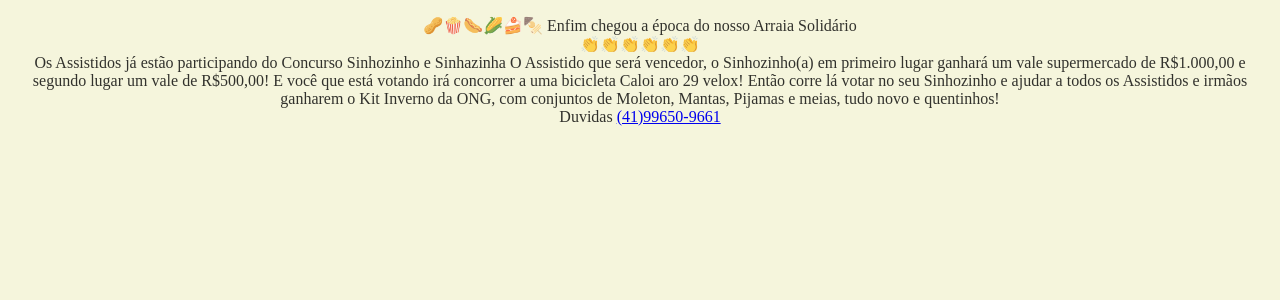
Repository: adrtrvs/qrcodeong
Page: campaignall.html
These files come from the project's save history. The page is drawn as it stood at one moment and after the next save; the edit follows.
The browser window is 1280 px wide. The pictures show the whole page.
Some web fonts or font styles are not loaded; a fallback is used.

Above is the page before, as saved 2023-05-26 11:29:08.

### campaignall.html
<!DOCTYPE html>
<html lang="pt-br">
  <head>
    <meta charset="UTF-8" />
    <meta http-equiv="X-UA-Compatible" content="IE=edge" />
    <meta name="viewport" content="width=device-width, initial-scale=1.0" />
    <link
      href="./files/logofavifinal.jpeg"
      rel="shortcut icon"
      type="image/x-icon"
    />
    <link rel="stylesheet" href="style.css" />
    <title>Campanha de inverno</title>
  </head>
  <body>
    <p class="campaigndescription">
      🥜🍿🌭🌽🍰🍢 Enfim chegou a época do nosso Arraia Solidário<br />
      👏👏👏👏👏👏 <br />Os Assistidos já estão participando do Concurso
      Sinhozinho e Sinhazinha O Assistido que será vencedor, o Sinhozinho(a) em
      primeiro lugar ganhará um vale supermercado de R$1.000,00 e segundo lugar
      um vale de R$500,00! E você que está votando irá concorrer a uma bicicleta
      Caloi aro 29 velox! Então corre lá votar no seu Sinhozinho e ajudar a
      todos os Assistidos e irmãos ganharem o Kit Inverno da ONG, com conjuntos
      de Moleton, Mantas, Pijamas e meias, tudo novo e quentinhos!<br />
      Duvidas
      <a href="tel:+5541996509661">(41)99650-9661</a>
    </p>
  </body>
</html>

### style.css
@import url('https://fonts.googleapis.com/css2?family=Courgette&display=swap');
@import url('https://fonts.googleapis.com/css2?family=Indie+Flower&display=swap');
@import url('https://fonts.googleapis.com/css2?family=Cuprum:wght@500&display=swap');
* {
  padding: 0;
  margin: 0;
}
@keyframes animate {
  0% {
    opacity: 0;
  }

  50% {
    opacity: 1;
  }

  100% {
    opacity: 0;
  }
}

body {
  background-color: #f5f5dc;
  background-repeat: no-repeat;
  background-size: cover;
  width: 100%;
}
header {
  display: flex;
  flex-direction: column;
}

header img {
  width: 100%;
}

header p {
  color: black;
  text-align: center;
  font-size: 18px;
  margin: 10px;
  font-family: 'Cuprum', sans-serif;
  align-items: center;
}

/*FONTES*/

h1,
h2,
h3 {
  color: #008cba;
  text-transform: uppercase;
  font-family: 'Cuprum', sans-serif;
}

/* MENU INDEX */

.menu h2 {
  background-color: #008cba;
  text-align: center;
  font-size: 18px;
  margin: 5px;
  padding: 5px;
  color: whitesmoke;
  font-family: 'Cuprum', sans-serif;
}

.menu h3 {
  font-size: 16px;
  margin-bottom: 5px;
  font-family: 'Cuprum', sans-serif;
}

/* LISTA INDEX */

ul li {
  display: flex;
  justify-content: space-between;
  padding: 16px;
  border-bottom: 1px solid rgba(0, 0, 0, 0.1);
}

/* PARAGRAFOS INDEX*/

.details {
  padding: 5px;
  color: #008cba;
  font-family: 'Cuprum', sans-serif;
}

/*BOTAO INDEX*/

._link {
  background-color: #008cba;
  border: none;
  padding: 13px 23px;
  border-radius: 26px;
  align-self: flex-start;
}

.submenu button a {
  text-decoration: none;
  font-size: 14px;
  color: whitesmoke;
  white-space: nowrap;
  font-family: 'Cuprum', sans-serif;
}

._link:hover {
  background-color: #cbf305;
  transition-duration: 0.4s;
}

.botaocomprov {
  background-color: #4caf50;
  border: none;
  padding: 13px 23px;
  border-radius: 26px;
}
.botaocomprov:hover {
  background-color: #cbf305;
  transition-duration: 0.4s;
}
.botaocomprov a {
  text-decoration: none;
  font-size: 14px;
  color: whitesmoke;
  white-space: nowrap;
  font-family: 'Cuprum', sans-serif;
}
/* PIX ONG  */
._pix {
  color: black;
  padding: 20px;
  text-align: center;
}
.qrcodepixong {
  display: flex;
  flex-direction: column;
  align-items: center;
  background-color: whitesmoke;
}
.qrcodepixong img {
  max-width: -webkit-fill-available;
}

/* TROCO SOLIDÁRIO */

div.trocorockn {
  display: flex;
  flex-direction: column;
  align-items: center;
  background-color: whitesmoke;
}
.trocorockn img {
  max-width: -webkit-fill-available;
}
.ultroco li {
  text-align: center;
  font-family: 'Cuprum', sans-serif;
  color: #008cba;
}

/*BOTÃO CAMPANHAS*/

.campaignbutton {
  background-color: rgba(219, 10, 10, 0.73);
  border: none;
  padding: 13px 23px;
  border-radius: 26px;
}

.campaignbutton a {
  text-decoration: none;
  text-transform: uppercase;
  font-size: 2em;
  color: #f5f5dc;
  animation: animate 2s linear infinite;
  font-family: 'Cuprum', sans-serif;
}

/* .bcampaign {
  padding: 8px 15px;
  border-radius: 26px;
  border: none;
  background-color: #008cba;
}

.bcampaign:hover {
  background-color: #cbf305;
  transition-duration: 0.4s;
} */
/* CAMPAIGN*/

/* campaignvid {
  display: flex;
  flex-direction: column;
  align-items: center;
 */

/* .buttoncampaignaj {
  padding: 8px 15px;
  border-radius: 26px;
  border: none;
  background-color: #008cba;
  margin: 20px;
}

.buttoncampaignaj a {
  text-decoration: none;
  text-transform: uppercase;
  font-size: 2em;
  color: whitesmoke;
  animation: animate 3s linear infinite;
}

.buttoncampaignaj:hover {
  background-color: #4caf50;
  transition-duration: 0.4s;
}

.titlecampaing {
  text-align: center;
  color: rgba(0, 0, 0, 0.9);
}
*/
.campaigndescription {
  font-size: 16px;
  color: rgba(0, 0, 0, 0.8);
  padding: 16px;
  text-align: center;
  justify-content: space-between;
}

After the next save:
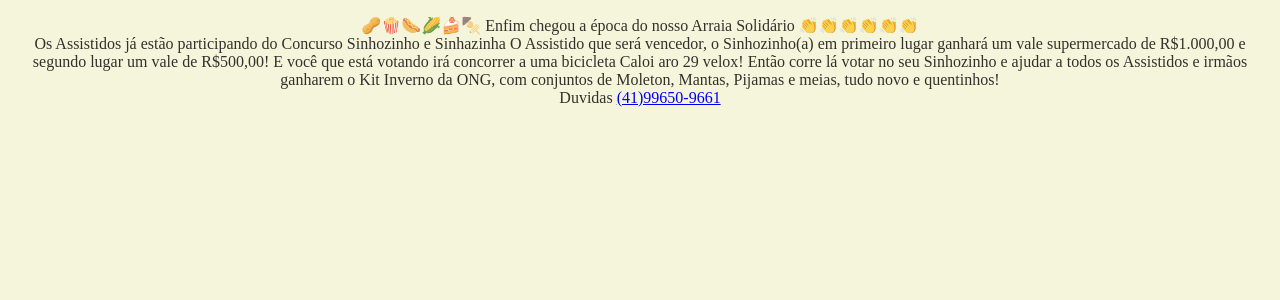
Saved 9 s later.
--- a/campaignall.html
+++ b/campaignall.html
@@ -14,14 +14,14 @@
   </head>
   <body>
     <p class="campaigndescription">
-      🥜🍿🌭🌽🍰🍢 Enfim chegou a época do nosso Arraia Solidário<br />
-      👏👏👏👏👏👏 <br />Os Assistidos já estão participando do Concurso
-      Sinhozinho e Sinhazinha O Assistido que será vencedor, o Sinhozinho(a) em
-      primeiro lugar ganhará um vale supermercado de R$1.000,00 e segundo lugar
-      um vale de R$500,00! E você que está votando irá concorrer a uma bicicleta
-      Caloi aro 29 velox! Então corre lá votar no seu Sinhozinho e ajudar a
-      todos os Assistidos e irmãos ganharem o Kit Inverno da ONG, com conjuntos
-      de Moleton, Mantas, Pijamas e meias, tudo novo e quentinhos!<br />
+      🥜🍿🌭🌽🍰🍢 Enfim chegou a época do nosso Arraia Solidário 👏👏👏👏👏👏
+      <br />Os Assistidos já estão participando do Concurso Sinhozinho e
+      Sinhazinha O Assistido que será vencedor, o Sinhozinho(a) em primeiro
+      lugar ganhará um vale supermercado de R$1.000,00 e segundo lugar um vale
+      de R$500,00! E você que está votando irá concorrer a uma bicicleta Caloi
+      aro 29 velox! Então corre lá votar no seu Sinhozinho e ajudar a todos os
+      Assistidos e irmãos ganharem o Kit Inverno da ONG, com conjuntos de
+      Moleton, Mantas, Pijamas e meias, tudo novo e quentinhos!<br />
       Duvidas
       <a href="tel:+5541996509661">(41)99650-9661</a>
     </p>
